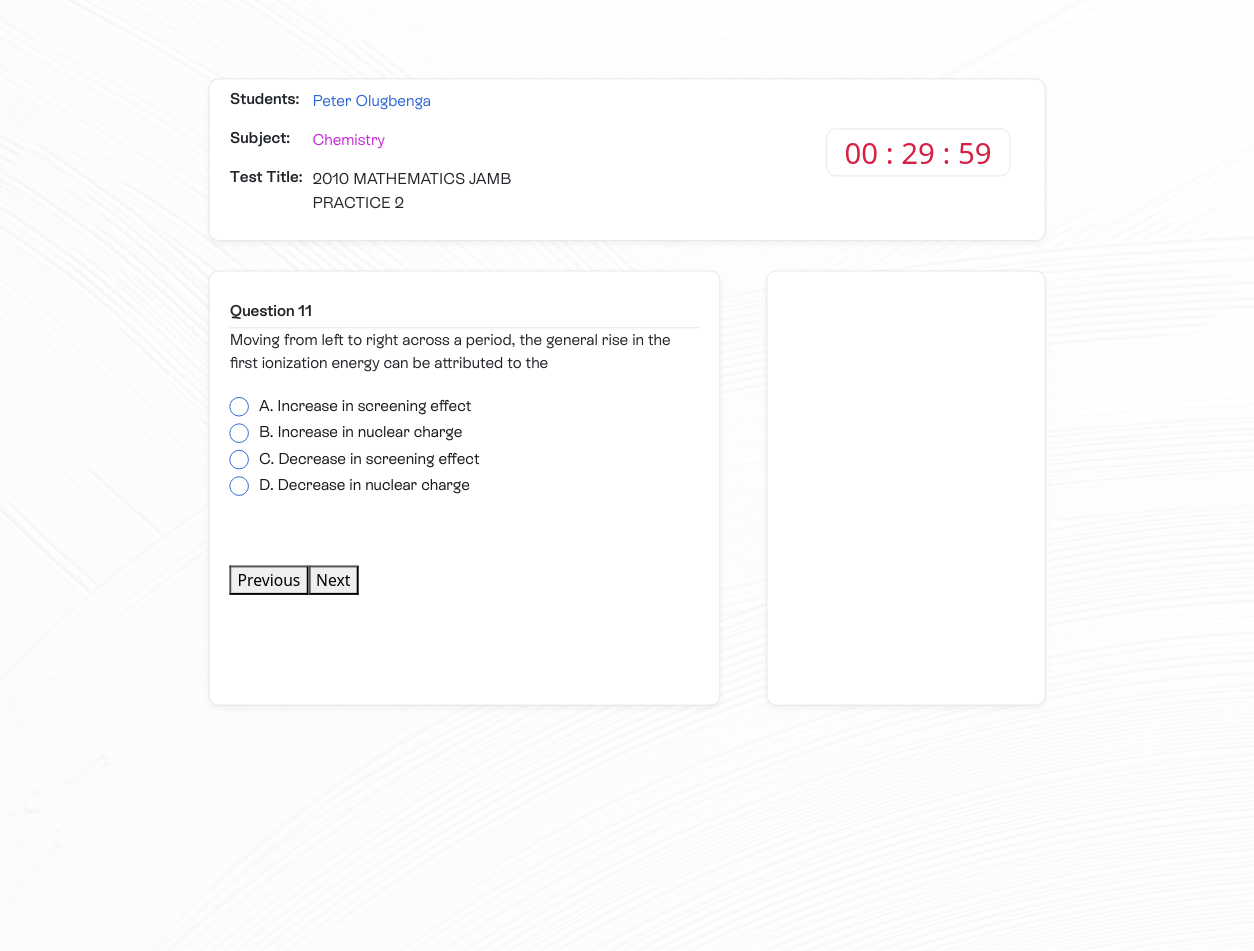
Repository: sarahnnanyelugo/educare-cbt
Page: /question
The author's editor kept a copy of each file at every save. The page is drawn from the files as they stood at one save, then again after the next save.
The browser window is 1280 px wide. The pictures show the whole page, at 98% of full size.
The project was rebuilt for these pictures with package versions that can differ from the ones it lists, and the page was loaded fresh each time. Also part of the build but not shown: src/components/Form/Form.js, src/pages/AuthenticationPage/auth.scss, src/pages/AuthenticationPage/AuthenticationPage.js, src/components/TestModal/test-modal.scss, src/components/TestModal/TestModal.js, src/components/Exams/Exams.js, src/TestData/examsData.js, src/TestData/index.js and 2 more. Imported but missing from the stored project, and not drawn on this page: src/components/Form/Password, src/components/GoogleButton/GoogleButton.

Above is the page before, as saved 2023-11-05 14:24:58.

### src/App.js
import logo from "./logo.svg";
import "./App.css";
import "bootstrap/dist/css/bootstrap.min.css";
import { BrowserRouter, Routes, Route, Link, Outlet } from "react-router-dom";
import { AuthenticationPage } from "./pages/AuthenticationPage/AuthenticationPage";
import { Home } from "./pages/Home/Home";
import ScrollToTop from "./components/scrollToTop";
import { Navbar } from "./components/Navbar/Navbar";
import { TestInstructions } from "./pages/TestInstructions/TestInstructions";
import { Question } from "./pages/Question/Question";
function App() {
  return (
    <>
      <ScrollToTop />
      <Navbar />
      <Routes>
        <Route path="/" element={<AuthenticationPage />} />{" "}
        <Route path="home" element={<Home />} />{" "}
        <Route path="test-instructions" element={<TestInstructions />} />{" "}
        <Route path="question" element={<Question />} />{" "}
      </Routes>
    </>
  );
}

export default App;

### src/App.css
@font-face {
  font-family: rebondG;
  src: url(./assets/fonts/Rebond_font/RebondG.otf);
}
@font-face {
  font-family: rebondG-Bold;
  src: url(./assets/fonts/Rebond_font/RebondG-Bold.otf);
}
@font-face {
  font-family: rebondG-Semi-Bold;
  src: url(./assets/fonts/Rebond_font/Rebond-semibold.otf);
}
@font-face {
  font-family: rebondG-Medium;
  src: url(./assets/fonts/Rebond_font/RebondGrotesqueMedium.otf);
}
@font-face {
  font-family: rebondBook;
  src: url(./assets/fonts/Rebond_font/RebondG-Book.ttf);
}

h1,
h2,
h3,
h4,
h5,
h6 {
  font-family: rebondG-Semi-Bold;
}

p {
  font-family: rebondBook;
  font-size: 16px;
}
small {
  font-family: rebondBook;
}
button {
  font-family: rebondG-Semi-Bold;
}
ul li {
  font-family: rebondG-Medium;
}
@media screen and (min-width: 620px) {
  .flexy {
    display: flex;
  }
}
@media screen and (max-width: 620px) {
  .flexyM {
    display: flex;
  }
}

### src/components/Navbar/Navbar.js
import React, { useEffect, useRef, useState } from "react";
import "./navbar.scss";
import Logo from "../../assets/images/logo.png";
import { Link, NavLink } from "react-router-dom";
import { useLocation } from "react-router-dom";

export const Navbar = () => {
  const location = useLocation();
  const prevUrlRef = useRef(null);
  const [showNav, setShowNav] = useState(true);
  useEffect(() => {
    const currentUrl = window.location.pathname;
    if (prevUrlRef.current !== currentUrl) {
      prevUrlRef.current = currentUrl;
      console.log(currentUrl);
      setTimeout(() => {
        switch (currentUrl) {
          case "/":
            setShowNav(false);
            break;
          case "/test-instructions":
            setShowNav(false);
            break;
          case "/question":
            setShowNav(false);
            break;

          default:
            setShowNav(true);
            break;
        }
        localStorage.setItem("showNav", showNav);
      }, 200);
    }
  });
  return (
    <div className={`nav-container flexy ${showNav ? "" : "hide"} `}>
      <div className="logo-holder  col-md-1 flexy ">
        {" "}
        <Link to={"/"}>
          {" "}
          <img className="   logo" src={Logo} alt="Scholar" width="50%" />
        </Link>
      </div>
      <div className="flexy navs">
        <NavLink activeclassName="active" className="navlinks" to={"/home"}>
          <button> Home</button>
        </NavLink>{" "}
        <NavLink
          activeclassName="active"
          className="navlinks"
          to={"/test-analysis"}
        >
          <button> Test Analysis</button>
        </NavLink>{" "}
        <NavLink activeclassName="active" className="navlinks" to={"/wallet"}>
          <button> Wallet</button>
        </NavLink>
      </div>
    </div>
  );
};

### src/pages/Question/Question.js
import React from "react";
import "./question.scss";
import Alert from "../../assets/images/alert.svg";
import { Link } from "react-router-dom";

export const Question = () => {
  return (
    <>
      <div className="test-instructions-div">
        <div className="col-md-8 offset-md-2 student-details flexy">
          <div className="col-md-5 ">
            <div className="flexy flexyM">
              {" "}
              <h6 className="col-md-3 ">Students:</h6>
              <p style={{ color: "#2F67D8" }}>Peter Olugbenga</p>
            </div>
            <div className="flexy flexyM">
              {" "}
              <h6 className="col-md-3">Subject:</h6>
              <p style={{ color: "#C32BD6" }}>Chemistry</p>
            </div>{" "}
            <div className="flexy flexyM">
              {" "}
              <h6 className="col-md-3">Test Title:</h6>
              <p>2010 MATHEMATICS JAMB PRACTICE 2</p>
            </div>
          </div>
          <div className="timer offset-md-4 mt4">
            <button>00 : 29 : 59</button>
          </div>
        </div>
        <div className="col-md-8 offset-md-2 flexy">
          {" "}
          <div className="col-md-8 ">
            <div className="col-md-11  instructions">
              <div className="title-div">
                {" "}
                <h6>Question 11</h6>
              </div>
              <p>
                Moving from left to right across a period, the general rise in
                the first ionization energy can be attributed to the
              </p>
              <div>
                <input
                  type="radio"
                  id="answer-a"
                  name="answers"
                  value="answer-a"
                />
                <label for="answer-a">A. Increase in screening effect</label>
              </div>
              <div>
                <input
                  type="radio"
                  id="answer-b"
                  name="answers"
                  value="answer-b"
                />
                <label for="answer-b">B. Increase in nuclear charge</label>
              </div>
              <div>
                <input
                  type="radio"
                  id="answer-c"
                  name="answers"
                  value="answer-c"
                />
                <label for="answer-c">C. Decrease in screening effect</label>
              </div>{" "}
              <div>
                <input
                  type="radio"
                  id="answer-d"
                  name="answers"
                  value="answer-d"
                />
                <label for="answer-d">D. Decrease in nuclear charge</label>
              </div>
              <div className="flexy mt7">
                <button className="previous-btn">Previous</button>
                <button className="next-btn">Next</button>
              </div>
            </div>
          </div>
          <div className="col-md-4 instructions"></div>
        </div>
      </div>
    </>
  );
};

### src/pages/Home/home.scss
@import "../../variables";
@import "../../shared-styles";

.home-div {
  padding-top: 60px;
  padding-bottom: 60px;
  .unit {
    h3 {
      flex-grow: 1;
    }
    button {
      color: #2f67d8;
      background: #2f67d81a;
      border: solid 1px #2f67d8;
      width: 163px;
      font-size: 14px;
      height: 32px;
      border-radius: 100px;
    }
  }
  .question-type-div {
    border-radius: 11px;
    background: #ffffff;
    padding: 15px;
    border: solid 1px #e7e7e7;
    box-shadow: 0px 3px 6px #0000000d;
    input {
      width: 90%;
      border: solid 1px #cecbcb;
      height: 37px;
      border-radius: 10px;
      background: #fff;
      padding-left: 20px;
    }
    ::placeholder {
      color: #191919 !important;
      text-align: left;
      opacity: 0.3;
      font-size: 14px !important;
      font-family: rebondG-Medium;
    }
    button {
      @include main-btn;
      margin-top: 25px;
    }
  }
  .sort {
    margin-top: 100px;
    margin-bottom: 20px;
    h3 {
      flex-grow: 1;
    }
    h6 {
      margin-top: 10px;
      margin-right: 5px;
    }
    select {
      border: solid 1px #cecbcb;
      border-radius: 35px;
      width: 100px;
      background: #fff;
      font-family: rebondG-Medium;
      font-size: 14px;
      color: #191919;
    }
  }
}

### src/components/Navbar/navbar.scss
.nav-container {
  padding: 5px 60px;
  box-shadow: 0px 3px 6px #00000029;
  background: #fff;
  .logo-holder {
    flex-grow: 1;
  }
  .navs {
    flex-grow: 1;
    .navlinks {
      button {
        margin: 0 10px;
        padding: 5px 13px;
        border: none;
        color: #000;
        margin-top: 10px;
        text-decoration: none;
        font-size: 14px;
        border-radius: 100px;
        background: #fff;
        font-family: rebondG-Medium;
      }
    }
  }
}
.active {
  button {
    color: #2f67d8 !important;
    background: #c7d8fa !important;
  }
}

### src/pages/TestInstructions/test-instructions.scss
@import "../../variables";
@import "../../shared-styles";

.test-instructions-div {
  padding-top: 80px;
  padding-bottom: 250px;
  background: url("../../assets/images/brush-bg.png");
  background-size: cover;
  background-repeat: no-repeat;
  //   background-position: center;
  .instructions {
    border: 1px solid #e7e7e7;
    box-shadow: 0px 3px 6px #0000000d;
    border-radius: 10px;
    height: 444px;
    background: #fff;
    padding: 30px 20px;
    .title-div {
      border-bottom: 1px solid #e7e7e7;
    }
    .inner {
      margin-top: 30px;
      h6 {
        margin-bottom: 20px;
        font-size: 16px;
      }
      p {
        font-size: 16px;
      }
      .proceed-btn {
        @include main-btn;
      }
      .back-btn {
        border: 1px solid #2f67d8;
        color: #2f67d8;
        background: #fff;
        border-radius: 100px;
        width: 91px;
        height: 36px;
        font-size: 14px;
      }
      .instruction-btns {
        margin-top: 250px;
      }
    }
    ul {
      margin-top: 60px;
    }
    ul li {
      color: #d52143;
      font-size: 14px;
      img {
        margin-right: 7px;
      }
    }
  }
}

### src/pages/Question/question.scss
@import "../../variables";
@import "../../shared-styles";

.test-instructions-div {
  padding-top: 80px;
  padding-bottom: 250px;
  background: url("../../assets/images/brush-bg.png");
  background-size: cover;
  background-repeat: no-repeat;
  .student-details {
    border: 1px solid #e7e7e7;
    box-shadow: 0px 3px 6px #0000000d;
    border-radius: 10px;
    background: #fff;
    padding: 10px 20px;
    margin-bottom: 30px;
    .timer {
      button {
        color: #d52143;
        font-size: 30px;
        width: 188px;
        // height: 40px;
        border: solid 1px #e7e7e7;
        border-radius: 10px;
        background: #fff;
      }
    }
  }
  .instructions {
    border: 1px solid #e7e7e7;
    box-shadow: 0px 3px 6px #0000000d;
    border-radius: 10px;
    height: 444px;
    background: #fff;
    padding: 30px 20px;
  }
}
input[type="radio"] {
  appearance: none;
  -webkit-appearance: none;
  width: 20px;
  height: 20px;
  border: 1px solid #2f67d8;
  border-radius: 50%;
  margin-right: 10px;
  background-color: transparent;
  position: relative;
  top: 6px;
}

input[type="radio"]:checked::before {
  content: "";
  display: block;
  width: 12px;
  height: 12px;
  background-color: #2f67d8;
  border-radius: 50%;
  position: absolute;
  top: 50%;
  left: 50%;
  transform: translate(-50%, -50%);
}

label {
  font-size: 16px;
  font-family: rebondBook;

  color: #191919;
}

### src/components/Form/form.scss
@import "../../variables";
@import "../../shared-styles";

.form-container {
  border: solid 1px rgb(255, 255, 255);
  border-radius: 15px;
  box-shadow: 0 0 1px 1px rgb(221, 221, 221);
  padding: 30px 20px 50px 20px;
  background: #fff;
  .or {
    .bodda {
      border-top: solid 1px #efefef;
      margin-top: 30px;
    }
    p {
      margin-top: 15px;
    }
  }
  .form-heading {
    color: #161617;
    font-size: 16px;
  }
}

.form {
  width: 100%;
  position: relative;
  height: fit-content;
  overflow: hidden;
}

.form input {
  width: 100%;
  height: 100%;
  color: #191919;
  padding-top: 10px;
  padding-bottom: 10px;
  padding-left: 20px;
  border-radius: 10px;
  height: 40px;
  margin-top: 20px;
  border: solid 1px #e7e7e7;
  background: #fff;
  font-family: rebondG-Semi-Bold;
}
.form label {
  position: absolute;
  bottom: 4px;
  left: 20px;
  width: 100%;
  height: 100%;
  font-size: 12px;
  font-family: rebondG;
  color: #161617;
  pointer-events: none;
}
.form label::after {
  content: "";
  position: absolute;
  bottom: -1px;
  left: 0px;
  width: 100%;
  height: 100%;
  transform: translateX(-100%);
  transition: all 0.3s ease;
}

.content-name {
  position: absolute;
  bottom: 0px;
  left: 0px;
  padding-bottom: 5px;
  transition: all 0.3s ease;
}
.form input:focus {
  outline: none;
}
.form input:focus + .label-name .content-name,
.form input:valid + .label-name .content-name {
  transform: translateY(-100%);
  font-size: 8px;
  left: 0px;
  color: black;
}
.form input:focus + .label-name::after,
.form input:valid + .label-name::after {
  transform: translateX(0%);
}
.password-input {
  input {
    border: solid 1px #edecec !important;
    padding: 9px 5px;
    border-radius: 10px;
    background: #fff !important;
    width: 100% !important;
    height: 40px;
  }
  img {
    margin-left: -35px;
    border-right: solid 1px rgb(226, 220, 220) !important;
    border-radius: 7px;
    @media screen and (max-width: 620px) {
      margin-left: -18px;
    }
  }
}
.formButton {
  color: #fff;
  border: none;
  padding: 10px 0;
  border-radius: 35px;
  margin-top: 30px;
  width: 100%;
  font-size: 16px !important;
  font-weight: bold !important;
  font-family: rebondG-Medium;
  background: #2f67d8;
  &:hover {
    background: #1e4ba7;
    transition: 0.5 ease;
  }
  @media screen and (max-width: 620px) {
  }
}
.css-qbdosj-Input {
  padding: 6px 5px !important;
}
.css-13cymwt-control {
  border-radius: 10px !important;
  height: 40px !important;
  border: solid 1px rgb(236, 233, 233) !important;
}
//////////////////////////////////////////////////////////////////////////////////////////

.formpassword {
  width: 100%;
  position: relative;
  height: fit-content;
  overflow: hidden;
}

.formpassword input {
  width: 100%;
  height: 100%;
  color: #191919;
  padding-top: 10px;
  padding-bottom: 10px;
  padding-left: 20px;
  border-radius: 10px;
  height: 40px;
  margin-top: 20px;
  border: solid 1px #e7e7e7;
  background: #fff;
  font-family: rebondG-Semi-Bold;
}
.formpassword label {
  position: absolute;
  bottom: 4px;
  left: 20px;
  width: 100%;
  height: 100%;
  font-size: 12px;
  font-family: rebondG;
  color: #161617;
  pointer-events: none;
}
.formpassword label::after {
  content: "";
  position: absolute;
  bottom: -1px;
  left: 0px;
  width: 100%;
  height: 100%;
  transform: translateX(-100%);
  transition: all 0.3s ease;
}

.content-name {
  position: absolute;
  bottom: 0px;
  left: 0px;
  padding-bottom: 5px;
  transition: all 0.3s ease;
}
.formpassword input:focus {
  outline: none;
}
.formpassword input:focus + .label-name .content-name,
.formpassword input:valid + .label-name .content-name {
  transform: translateY(-100%);
  font-size: 8px;
  left: 0px;
  color: black;
}
.formpassword input:focus + .label-name::after,
.formpassword input:valid + .label-name::after {
  transform: translateX(0%);
}
.css-1jqq78o-placeholder {
  font-family: rebondBook !important;
  color: #161617 !important;
  font-size: 12px !important;
  font-family: rebondBook !important ;
}
.PhoneInputCountry {
  background: #fff !important;
}
.hide {
  display: none;
}
.show {
  display: block;
}

### src/components/Exams/exams.scss
@import "../../variables";
@import "../../shared-styles";

.questions-div {
  border: 1px solid #e7e7e7;
  border-radius: 11px;
  box-shadow: 0px 3px 6px #0000000d;
  height: 89px;
  margin-bottom: 30px;
  padding-top: 15px;
  h6 {
    font-size: 16px;
  }
  p {
    font-size: 14px;
  }
  button {
    @include main-btn;
  }

  tr td {
    border: none;
    padding: 0 !important;
    text-align: left;
    small {
      font-size: 14px;
    }
  }
}

### src/_variables.scss
$blue: #0098da;
$lightblue: #e1f2fa;
$purple: #5044b2;
@mixin get-started-button {
  color: #fff;
  border-radius: 35px;
  border: solid 1px #414244;
  padding: 8px 20px;
  font-size: 14px;
  font-family: rebondG-Semi-Bold;

  // &:hover {
  //   background: #30266b;
  //   transition: 0.5s ease;
  // }
}
@mixin main-btn {
  background: #2f67d8 !important;
  color: #fff;
  border-radius: 100px;
  // padding: 8px 20px;
  width: 91px;
  height: 36px;
  font-size: 14px;
  border: solid 1px #414244;
  font-family: rebondG-Semi-Bold;

  &:hover {
    background: #1e4ba7 !important;
    transition: 0.5s ease;
  }
}

### src/_shared-styles.scss
.mt1 {
  margin-top: 10px;
}
.mt2 {
  margin-top: 20px;
}
.mt3 {
  margin-top: 30px;
}
.mt4 {
  margin-top: 40px;
}
.mt5 {
  margin-top: 50px;
}
.mt6 {
  margin-top: 60px;
}
.mt7 {
  margin-top: 70px;
}
.mt8 {
  margin-top: 80px;
}
.mt9 {
  margin-top: 90px;
}
.mt {
  margin-top: 140px;
}
.mtt {
  margin-top: 200px;
}
.bb {
  border-bottom: solid 1px rgb(233, 229, 229);
}
.bt {
  border-top: solid 1px rgb(233, 229, 229);
}
.pd {
  padding: 80px 0;
}
.br {
  border-right: solid 1px rgb(233, 229, 229);
}
.no-m {
  @media screen and (max-width: 620px) {
    margin: 0 !important;
  }
}
.ml {
  margin-left: 10px;
}
.ml4 {
  margin-left: 40px;
}
.ml3 {
  margin-left: 30px;
}

.features-link {
  color: #191919;
  text-decoration: none;
  &:hover {
    color: #191919;
  }
}

.mb5 {
  margin-bottom: 50px;
}
.mb4 {
  margin-bottom: 40px;
}

.no-margin {
  @media screen and (max-width: 620px) {
    margin-top: 0px !important;
    text-align: center;
  }
}
.grad2 {
  background: rgb(255, 255, 255);
  background: linear-gradient(
    180deg,
    rgba(255, 255, 255, 1) 28%,
    rgba(240, 240, 240, 1) 48%,
    rgba(255, 255, 255, 1) 75%
  );
}
.dn {
  @media screen and (max-width: 620px) {
    display: none;
  }
}
.dnW {
  @media screen and (min-width: 620px) {
    display: none;
  }
}
.dnM {
  @media screen and (max-width: 620px) {
    display: none;
  }
}
.img-resolv {
  width: 90%;
  @media screen and (max-width: 620px) {
    width: 100%;
  }
}
.link {
  font-size: 12px;
  text-decoration: none;
  color: #000;
  font-family: rebondG-Semi-Bold;
  margin-bottom: 0 !important;
}
.link2 {
  font-size: 12px;
  text-decoration: none;
  color: #2f67d8;
  font-family: rebondG-Semi-Bold;
}

Loaded but not shown: public/index.html (common file); src/index.js (common file); src/index.css (common file); src/reportWebVitals.js (common file); src/components/scrollToTop.js (common file)

After the next save:
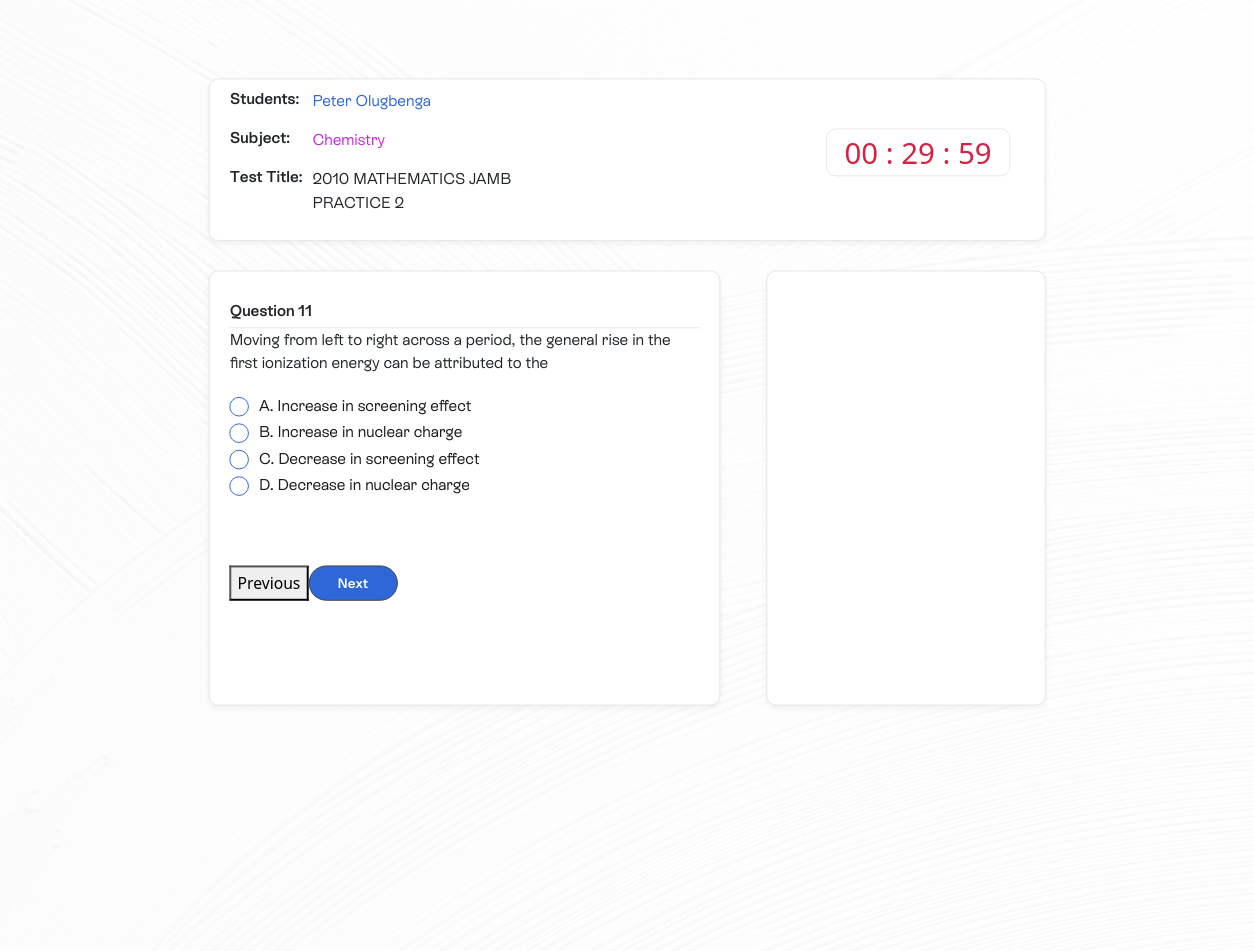
Saved 36 s later.
--- a/src/pages/Question/question.scss
+++ b/src/pages/Question/question.scss
@@ -67,3 +67,8 @@
 
   color: #191919;
 }
+.previous-btn {
+}
+.next-btn {
+  @include main-btn;
+}
